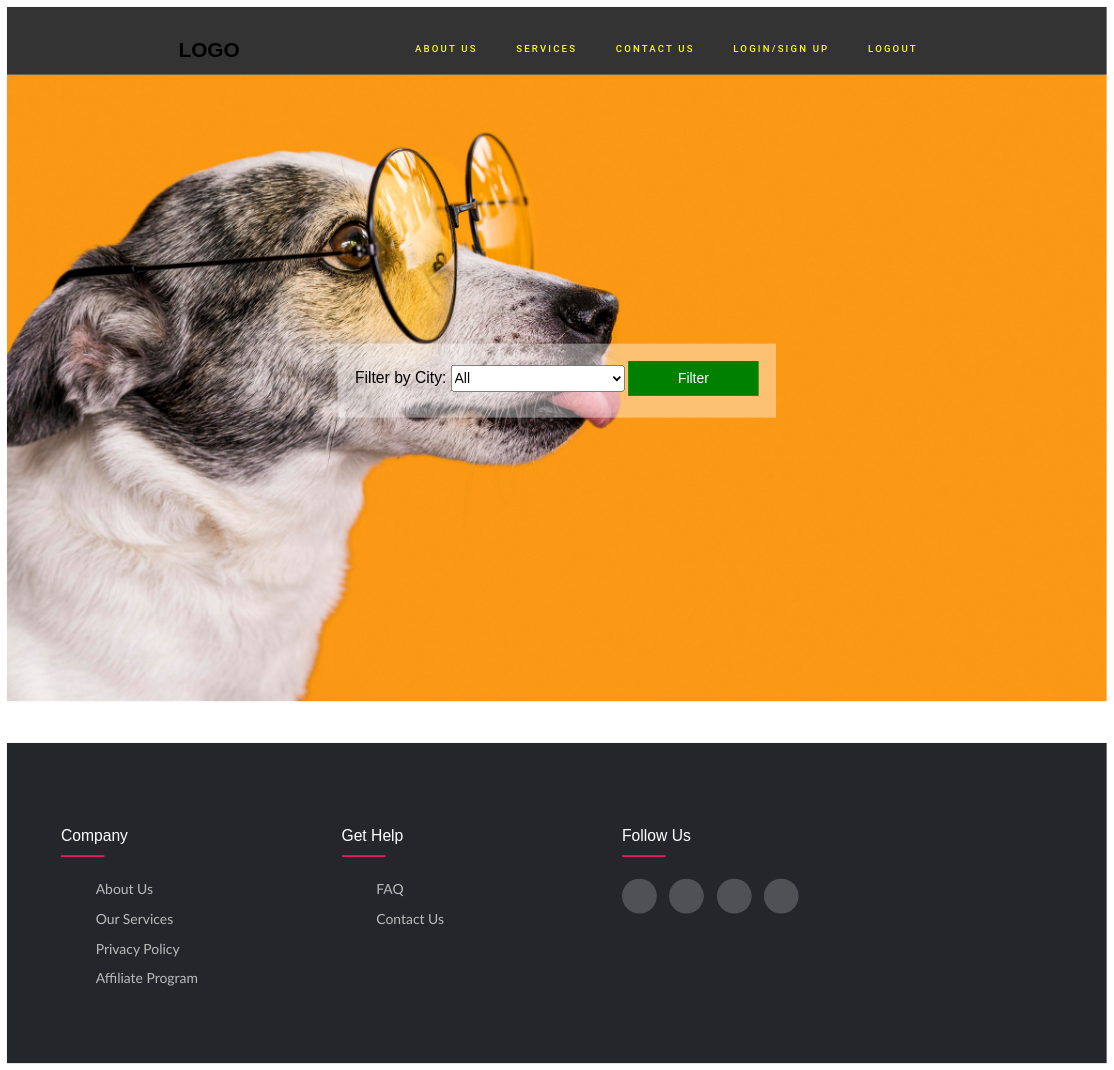
Repository: RishuGudigar/pawtakers
Page: templates/home.html
The author's editor kept a copy of each file at every save. The page is drawn from the files as they stood at one save, then again after the next save.
The browser window is 1280 px wide. The pictures show the whole page, at 87% of full size.
The template is drawn by Django 4.2. The application's start-up code is not run. Other server files are loaded and not shown. The template is opened directly, without the code that normally fills it, so the values that code supplies are empty.

Above is the page before, as saved 2023-05-25 10:51:48.

### pawtakers/templates/home.html
{% comment %} {% extends 'base.html' %} {% endcomment %}

{% block content %}
{% load static %}

<style>
    .container {
        display: flex;
        flex-wrap: wrap;
        gap: 20px;
    }

    .profile {
        display: flex;
        align-items: center;
        gap: 20px;
        margin-bottom: 20px;
    }

    .image-container {
        flex: 0 0 200px;
    }

    .image {
        width: 100%;
        height: auto;
        object-fit: cover;
    }

    .profile-details {
        flex-grow: 1;
    }

    .name {
        font-weight: bold;
    }

    .address {
        margin-top: 5px;
    }

    .description {
        margin-top: 10px;
    }

    .call-button {
        margin-top: 10px;
    }

    .container:hover {
        box-shadow: 0 0 10px rgba(0, 0, 0, 0.3); /* Add box shadow effect on hover */
        background-image: url('{% static "r_bg.jpg" %}');
        /* Add background image on hover */
        background-repeat: repeat; /* Set the background image to repeat */
        background-size: auto; /* Reset the background image size */
        background-position: fixed; /* Reset the background image position */
    }

    @import url('https://fonts.googleapis.com/css2?family=Poppins:wght@300;400;500;600;700&display=swap');

    body {
        line-height: 1.5;
        font-family: 'Poppins', sans-serif;
    }

    .container {
        max-width: 1170px;
        margin: auto;
    }

    .row {
        display: flex;
        flex-wrap: wrap;
    }

    ul {
        list-style: none;
    }

    .nav-bar{
        width: 100%;
    }


    .navbar{
        display: flex;
        align-items: center;
        justify-content: space-around;
        padding-top:20px;
        padding-left: 10%;
        padding-right:10%;
        background-color: rgba(0,0,0,0.8);
        height: 8vh;


    }

    .navbar ul li{
        list-style-type: none;
        display: inline-block;
        padding: 10px 20px;
    }

    .navbar ul li a{
        text-decoration: none;
        font-weight: 500;
        color:yellow;
        font-family: 'Roboto', sans-serif;
        font-size: 11px;
        text-transform: uppercase;
        letter-spacing: 2.5px;

    }

    .navbar ul li a:hover{
        color: white;
        transition: .4s;
        font-size: medium;
        font-weight: 500;
    }
    .container_view{
        max-width: 1170px;
        margin:auto;
    }
    .row{
        display: flex;
        flex-wrap: wrap;
    }
    ul{
        list-style: none;
    }
    .footer{
        background-color: #24262b;
        padding: 70px 0;
    }
    .footer-col{
        width: 25%;
        padding: 0 15px;
    }
    .footer-col h4{
        font-size: 18px;
        color: #ffffff;
        text-transform: capitalize;
        margin-bottom: 35px;
        font-weight: 500;
        position: relative;
    }
    .footer-col h4::before{
        content: '';
        position: absolute;
        left:0;
        bottom: -10px;
        background-color: #e91e63;
        height: 2px;
        box-sizing: border-box;
        width: 50px;
    }
    .footer-col ul li:not(:last-child){
        margin-bottom: 10px;
    }
    .footer-col ul li a{
        font-size: 16px;
        text-transform: capitalize;
        color: #ffffff;
        text-decoration: none;
        font-weight: 300;
        color: #bbbbbb;
        display: block;
        transition: all 0.3s ease;
        font-family: 'Gill Sans', 'Gill Sans MT', Calibri, 'Trebuchet MS', sans-serif;
    }
    .footer-col ul li a:hover{
        color: #ffffff;
        padding-left: 8px;
    }
    .footer-col .social-links a{
        display: inline-block;
        height: 40px;
        width: 40px;
        background-color: rgba(255,255,255,0.2);
        margin:0 10px 10px 0;
        text-align: center;
        line-height: 40px;
        border-radius: 50%;
        color: #ffffff;
        transition: all 0.5s ease;
    }
    .footer-col .social-links a:hover{
        color: #24262b;
        background-color: #ffffff;
        align-item:center;
        margin:auto;
    }

    .form_city {
        display: flex;
        justify-content: center;
        align-items: center;
        height: 100vh;
        background-image: url('{% static "filter_background.jpg" %}');
        background-repeat: no-repeat;
        background-size: cover;
        font-family: Arial, sans-serif;
    }

    .city_form {
        display: flex;
        flex-direction: column;
        align-items: center;
        background-color: rgba(255, 255, 255, 0.4);
        padding: 20px;
    }

    .city_form label {
        font-size: 18px;
        margin-bottom: 10px;
    }

    .city_form select {
        width: 200px;
        height: 30px;
        font-size: 16px;
        margin-bottom: 10px;
    }

    .city_form button {
        width: 150px;
        height: 40px;
        font-size: 16px;
        background-color: green;
        color: white;
        border: none;
        cursor: pointer;
        transition: background-color 0.3s ease;
    }

    .city_form button:hover {
        background-color: darkgreen;
    }

</style>
<div class="nav-bar">
    <nav class="navbar">
        <div>
        <a class="logo"><H1>LOGO</H1></a>
        </div>

        <div>
            <ul class="navbar-nav">
                <li class="nav-item"><a class="nav-link" href="#">About Us</a></li>
                <li class="nav-item"><a class="nav-link" href="#">Services</a></li>
                <li class="nav-item"><a class="nav-link" href="#">Contact Us</a></li>
                <li class="nav-item"><a class="nav-link" href="{% url 'account_login' %}">Login/Sign up</a></li>
                <li class="nav-item"><a class="nav-link" href="{% url 'account_logout' %}">Logout</a></li>
        </ul>
        </div>
    </nav>
</div>
<div class=form_city>
<form method="GET" action="" class="city_form">
    <div class="inner_form">
    <label for="city">Filter by City:</label>
    <select id="city" name="city">
        <option value="">All</option>
        {% for city in cities %}
            <option value="{{ city }}" {% if selected_city == city %}selected{% endif %}>{{ city }}</option>
        {% endfor %}
    </select>
    <button type="submit">Filter</button>
    </div>
</form>
</div>
<br>
<br>
    {% for profile in profiles %}
    <div class="container">
    <div class="profile">
        <div class="image-container">
            <img src="{{ profile.image.url }}" alt="Person Image" class="image">
        </div>
        <div class="profile-details">
            <div class="name">{{ profile.name }}</div>
            <div class="address">{{ profile.city }},{{ profile.state }}</div>
            <div class="description">
                <p>Service Description:</p>
                <p>{{ profile.description }}</p>
            </div>
            <button class="call-button" onclick="callPerson('+91 8848699797')">
                <i class="fas fa-phone"></i>Call
            </button>
            <button class="call-button">
            <a href="{% url 'caretaker:profile' profile.pk %}" class="stretched-link">View More </a>
            </button>
        </div>
    </div>
</div>
<br>
<br>
    {% endfor %}



    <footer class="footer">
        <div class="container_view">
            <div class="row">
                <div class="footer-col">
                    <h4>company</h4>
                    <ul>
                        <li><a href="#">about us</a></li>
                        <li><a href="#">our services</a></li>
                        <li><a href="#">privacy policy</a></li>
                        <li><a href="#">affiliate program</a></li>
                    </ul>
                </div>
                <div class="footer-col">
                    <h4>get help</h4>
                    <ul>
                        <li><a href="#">FAQ</a></li>
                        <li><a href="#">Contact Us</a></li>
                    </ul>
                </div>

                <div class="footer-col">
                    <h4>follow us</h4>
                    <div class="social-links">
                        <a href="#"><i class="fab fa-facebook-f"></i></a>
                        <a href="#"><i class="fab fa-twitter"></i></a>
                        <a href="#"><i class="fab fa-instagram"></i></a>
                        <a href="#"><i class="fab fa-linkedin-in"></i></a>
                    </div>
                </div>
            </div>
        </div>
    </footer>

{% endblock %}

After the next save:
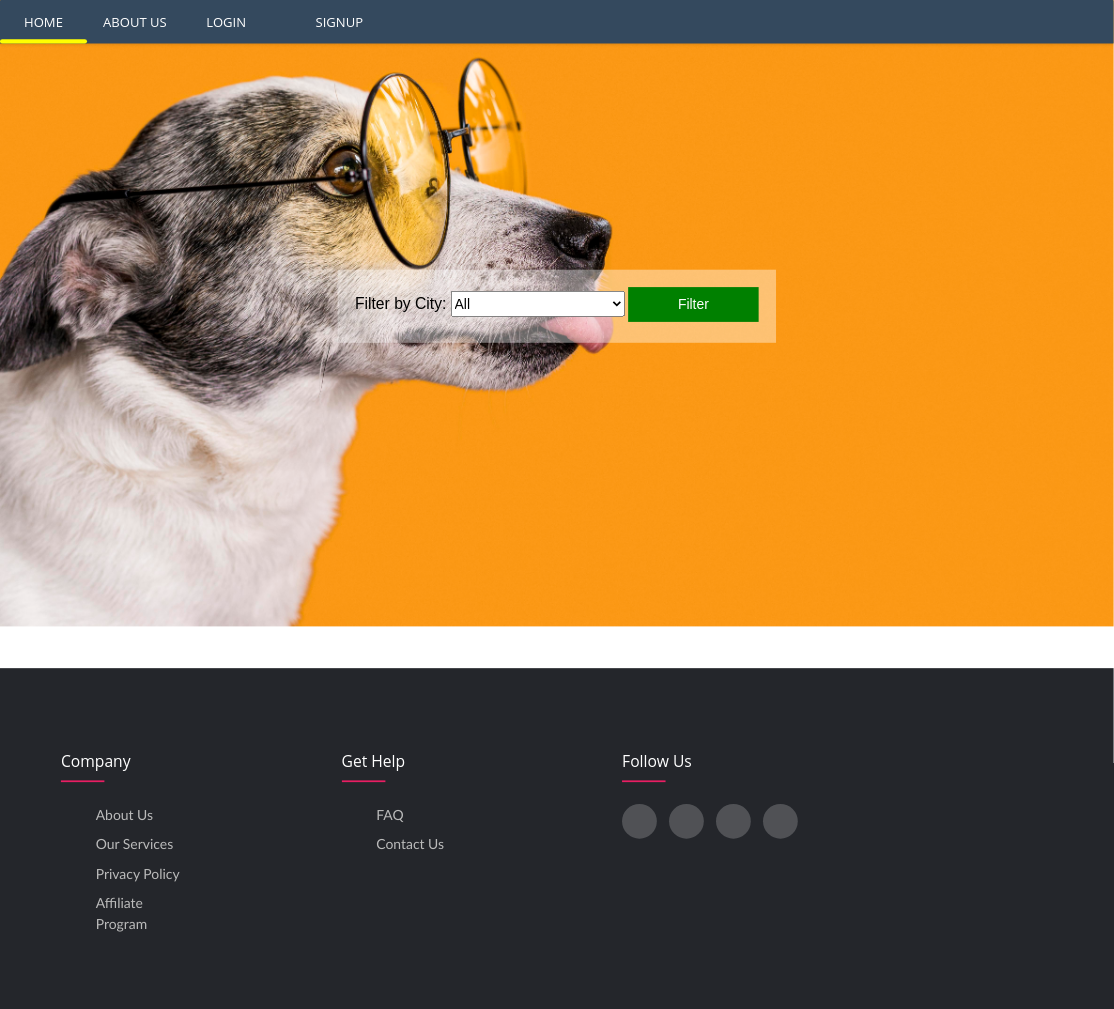
Saved 2 min 46 s later.
--- a/pawtakers/templates/home.html
+++ b/pawtakers/templates/home.html
@@ -239,23 +239,86 @@
     }
 
 </style>
-<div class="nav-bar">
-    <nav class="navbar">
-        <div>
-        <a class="logo"><H1>LOGO</H1></a>
-        </div>
-
-        <div>
-            <ul class="navbar-nav">
-                <li class="nav-item"><a class="nav-link" href="#">About Us</a></li>
-                <li class="nav-item"><a class="nav-link" href="#">Services</a></li>
-                <li class="nav-item"><a class="nav-link" href="#">Contact Us</a></li>
-                <li class="nav-item"><a class="nav-link" href="{% url 'account_login' %}">Login/Sign up</a></li>
-                <li class="nav-item"><a class="nav-link" href="{% url 'account_logout' %}">Logout</a></li>
-        </ul>
-        </div>
-    </nav>
-</div>
+<style>
+    body {
+        font-family: 'Open Sans', sans-serif;
+
+        margin: 0; /* Add this to remove body default margin */
+    }
+    nav {
+        position: fixed; /* Change position to fixed */
+        top: 0; /* Position it at the top */
+        left: 0; /* Align it to the left */
+        width: 100%; /* Make it full width */
+        height: 50px;
+        background: #34495e;
+        border-radius: 1px;
+        font-size: 0;
+        box-shadow: 0 2px 3px 0 rgba(0,0,0,0.1);
+        z-index: 100; /* Add a higher z-index to keep it above other elements */
+    }
+
+    /* Rest of the CSS styles remain the same */
+    nav a {
+        font-size: 15px;
+        text-transform: uppercase;
+        color: white;
+        text-decoration: none;
+        line-height: 50px;
+        position: relative;
+        z-index: 1;
+        display: inline-block;
+        text-align: center;
+    }
+    nav .animation {
+        position: absolute;
+        height: 5px;
+        bottom: 0;
+        z-index: 0;
+        background: yellow;
+        transition: all .5s ease 0s;
+        border-radius: 8px;
+    }
+    a:nth-child(1) {
+        width: 100px;
+    }
+    nav .start-home,a:nth-child(1):hover~.animation {
+        width: 100px;
+        left: 0;
+    }
+    a:nth-child(2) {
+        width: 110px;
+    }
+    nav .start-about,a:nth-child(2):hover~.animation {
+        width: 110px;
+        left: 100px;
+    }
+    a:nth-child(3) {
+        width: 100px;
+    }
+    nav .start-login,a:nth-child(3):hover~.animation {
+        width: 100px;
+        left: 210px;
+    }
+    a:nth-child(4) {
+        width: 160px;
+    }
+    nav .start-signup,a:nth-child(4):hover~.animation {
+        width: 160px;
+        left: 310px;
+    }
+</style>
+</head>
+<body>
+<nav>
+    <a href="#">Home</a>
+    <a href="#">About Us</a>
+    <a href="#">Login</a>
+    <a href="#">SignUp</a>
+    <div class="animation start-home"></div>
+</nav>
+<!-- Add other content below the navbar if necessary -->
+</body>
 <div class=form_city>
 <form method="GET" action="" class="city_form">
     <div class="inner_form">
